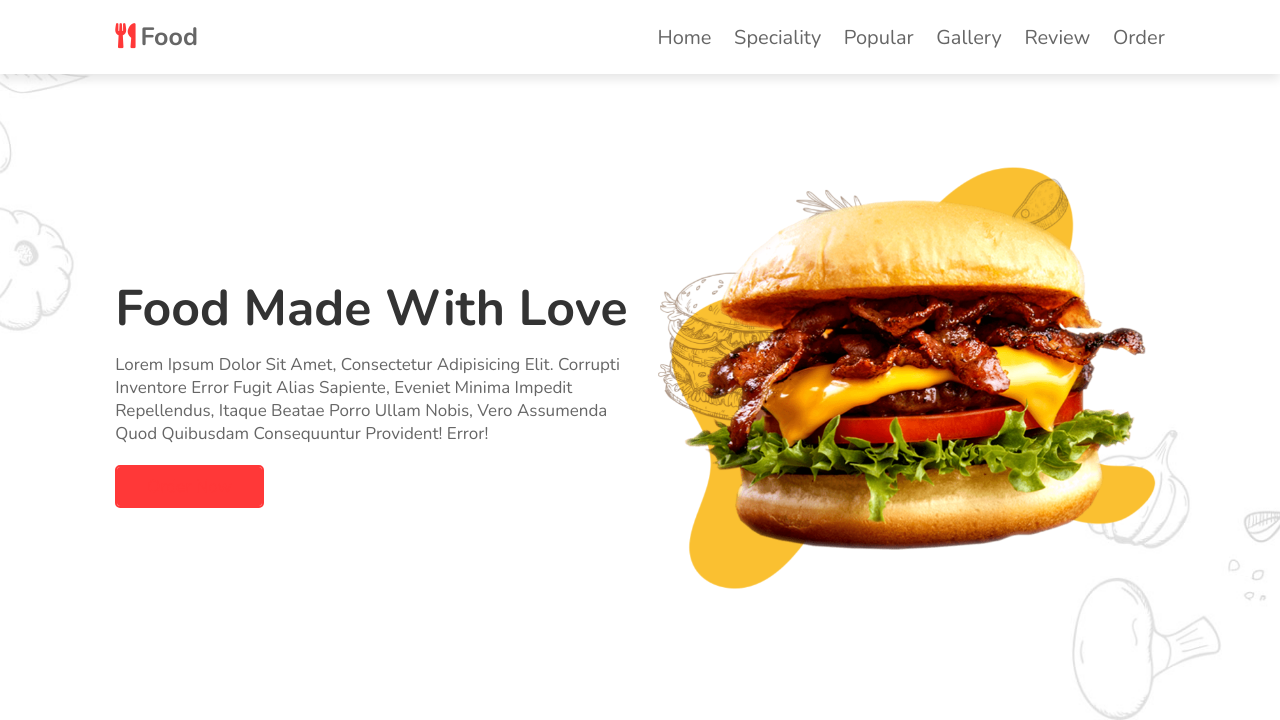
Repository: ManhTanVN/food
Page: index.html
An editor plug-in stored every save of this project. The page is shown before and after the next save, followed by the edit.
The browser window is 1280 px wide. The pictures show the whole page.
The style sheet was rebuilt from its Sass, Less or Tailwind sources for each picture, by a compiler version that may differ from the author's.

Above is the page before, as saved 2021-08-29 15:17:49.

After the next save:
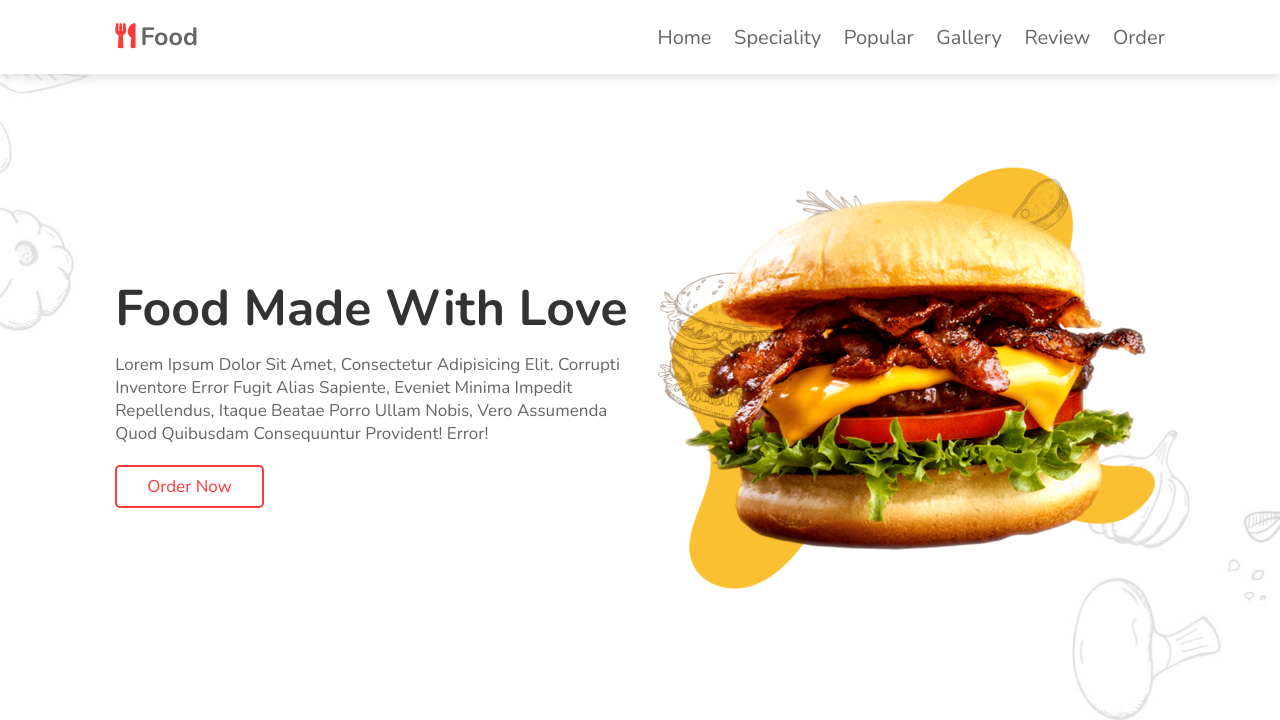
Saved 70 s later.
--- a/sass/_btn.scss
+++ b/sass/_btn.scss
@@ -15,10 +15,14 @@
         position: absolute;
         top: 0;
         left: 0;
-        width: 100%;
+        width: 0;
         height: 100%;
         background: $color-red;
         transition: .2s linear;
         z-index: -1;
     }
+
+    &:hover::after {
+        width: 100%;
+    }
 }
